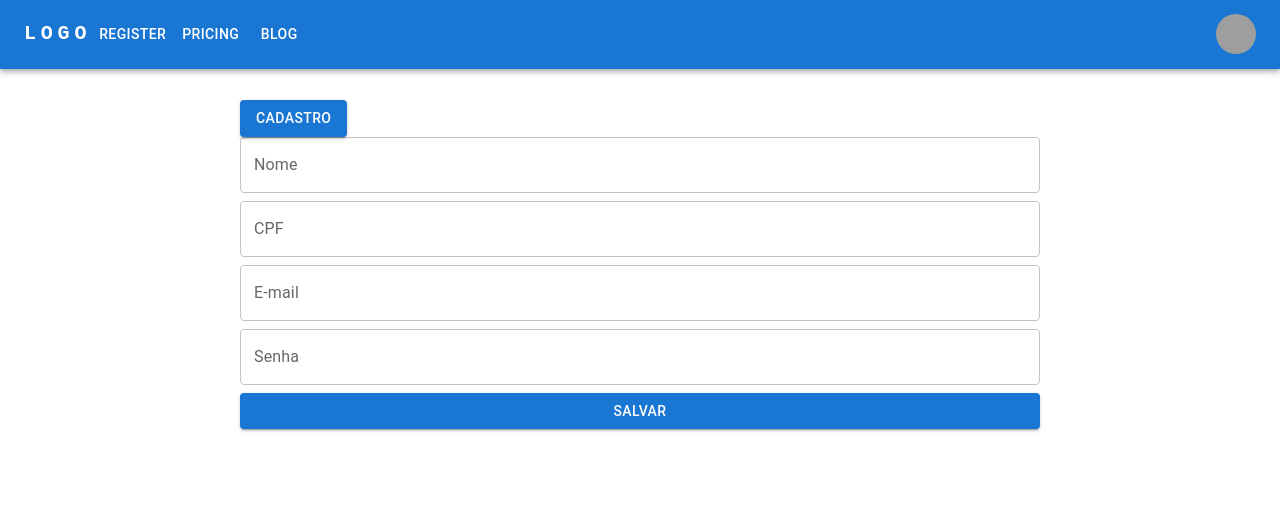
Repository: GabrielLeao02/sistema-react
Page: /register
These files come from the project's save history. The page is drawn as it stood at one moment and after the next save; the edit follows.
The browser window is 1280 px wide. The pictures show the whole page.
Pictures or frames that could not be fetched are drawn as grey boxes. The project was rebuilt for these pictures with package versions that can differ from the ones it lists, and the page was loaded fresh each time. Also part of the build but not shown: src/presenter/home/home.tsx.

Above is the page before, as saved 2023-07-24 15:08:24.

### index.html
<!DOCTYPE html>
<html lang="en">
  <head>
    <meta charset="UTF-8" />
    <link rel="icon" type="image/svg+xml" href="/vite.svg" />
    <meta name="viewport" content="width=device-width, initial-scale=1.0" />
    <title>Vite + React + TS</title>
    <style>
      html, body{
        margin: 0;
        padding: 0;
        box-sizing: border-box;
      }
    </style>
  </head>
  <body>
    <div id="root"></div>
    <script type="module" src="/src/main.tsx"></script>
  </body>
</html>

### src/App.tsx

import { Routes, Route, BrowserRouter } from 'react-router-dom';
import Home from './presenter/home/home';
import Register from './presenter/register/register';
import NavBar from './presenter/navBar/navBar';
import ContainerGlobal from './presenter/containerGlobal/containerGlobal';

function App() {
	return (
		<>
			<NavBar />
			<ContainerGlobal>
				<BrowserRouter>
					<Routes>
						<Route path='/' element={<Home />} />
						<Route path='/home' element={<Home />} />
						<Route path='/register' element={<Register />} />
					</Routes>
				</BrowserRouter>
			</ContainerGlobal>
		</>
	);
}

export default App;

### src/presenter/register/register.tsx
import { styled } from "styled-components";
import Button from '@mui/material/Button';
import NavBar from '../navBar/navBar';
import { useState } from 'react';
import FormUser from "../form/formUser";

const ContainerStyled = styled.div`
  box-sizing: border-box;
  display: flex;
  justify-content: center;
  flex-direction: column;
  align-items: start;
  margin-top: 80px;
  width: 80%;
  max-width: 800px;
`;

const DivRowStyled = styled.div`
    box-sizing: border-box;
    display: flex;
    gap: 5px 10px;
`


function Register() {
    const [mostrarBotao, setMostrar] = useState(true);

    return (
        <>

            <ContainerStyled>
                <Button variant="contained">Cadastro</Button>
                <FormUser />
            </ContainerStyled>
        </>
    )
}
export default Register

### src/presenter/navBar/navBar.tsx
import * as React from 'react';
import AppBar from '@mui/material/AppBar';
import Box from '@mui/material/Box';
import Toolbar from '@mui/material/Toolbar';
import IconButton from '@mui/material/IconButton';
import Typography from '@mui/material/Typography';
import Menu from '@mui/material/Menu';
import MenuIcon from '@mui/icons-material/Menu';
import Container from '@mui/material/Container';
import Avatar from '@mui/material/Avatar';
import Button from '@mui/material/Button';
import Tooltip from '@mui/material/Tooltip';
import MenuItem from '@mui/material/MenuItem';
import { styled } from "styled-components";

const NavBarStyled = styled.div`
  box-sizing: border-box;
  position: absolute;
  top: 0;
  width: 100%;
  display: flex;
  border: non;
  justify-content: space-between;
  align-items: center;
`;

const pages = ['register', 'Pricing', 'Blog'];
const settings = ['Profile', 'Account', 'Dashboard', 'Logout'];

const NavBar: React.VFC = () => {
    const [anchorElNav, setAnchorElNav] = React.useState<null | HTMLElement>(null);
    const [anchorElUser, setAnchorElUser] = React.useState<null | HTMLElement>(null);

    const handleOpenNavMenu = (event: React.MouseEvent<HTMLElement>) => {
        setAnchorElNav(event.currentTarget);
    };
    const handleOpenUserMenu = (event: React.MouseEvent<HTMLElement>) => {
        setAnchorElUser(event.currentTarget);
    };

    const handleCloseNavMenu = (event: string) => {
        window.location.href = "/" + event;
    };

    const handleCloseUserMenu = () => {
        setAnchorElUser(null);
    };

    return (
        <NavBarStyled>
            <AppBar position="static">
                <Container maxWidth="xl">
                    <Toolbar disableGutters>
                        <Typography
                            variant="h6"
                            noWrap
                            component="a"
                            href="/home"
                            sx={{
                                fontFamily: 'monospace',
                                fontWeight: 700,
                                letterSpacing: '.3rem',
                                color: 'inherit',
                                textDecoration: 'none',
                            }}
                        >
                            LOGO
                        </Typography>

                        <Box sx={{ flexGrow: 1, display: { xs: 'flex', md: 'none' } }}>
                            <IconButton
                                size="large"
                                aria-label="account of current user"
                                aria-controls="menu-appbar"
                                aria-haspopup="true"
                                onClick={handleOpenNavMenu}
                                color="inherit"
                            >
                                <MenuIcon />
                            </IconButton>
                            <Menu
                                id="menu-appbar"
                                anchorEl={anchorElNav}
                                anchorOrigin={{
                                    vertical: 'bottom',
                                    horizontal: 'left',
                                }}
                                keepMounted
                                transformOrigin={{
                                    vertical: 'top',
                                    horizontal: 'left',
                                }}
                                open={Boolean(anchorElNav)}
                                onClose={handleCloseNavMenu}
                                sx={{
                                    display: { xs: 'block', md: 'none' },
                                }}
                            >
                                {pages.map((page) => (
                                    <MenuItem key={page} onClick={() => handleCloseNavMenu(page)}>
                                        <Typography textAlign="center">{page}</Typography>
                                    </MenuItem>
                                ))}
                            </Menu>
                        </Box>

                        <Box sx={{ flexGrow: 1, display: { xs: 'none', md: 'flex' } }}>
                            {pages.map((page) => (
                                <Button
                                    key={page}
                                    onClick={() => handleCloseNavMenu(page)}
                                    sx={{ my: 2, color: 'white', display: 'block' }}
                                >
                                    {page}
                                </Button>
                            ))}
                        </Box>

                        <Box sx={{ flexGrow: 0 }}>
                            <Tooltip title="Open settings">
                                <IconButton onClick={handleOpenUserMenu} sx={{ p: 0 }}>
                                    <Avatar alt="Remy Sharp" src="/static/images/avatar/2.jpg" />
                                </IconButton>
                            </Tooltip>
                            <Menu
                                sx={{ mt: '45px' }}
                                id="menu-appbar"
                                anchorEl={anchorElUser}
                                anchorOrigin={{
                                    vertical: 'top',
                                    horizontal: 'right',
                                }}
                                keepMounted
                                transformOrigin={{
                                    vertical: 'top',
                                    horizontal: 'right',
                                }}
                                open={Boolean(anchorElUser)}
                                onClose={handleCloseUserMenu}
                            >
                                {settings.map((setting) => (
                                    <MenuItem key={setting} onClick={handleCloseUserMenu}>
                                        <Typography textAlign="center">{setting}</Typography>
                                    </MenuItem>
                                ))}
                            </Menu>
                        </Box>
                    </Toolbar>
                </Container>
            </AppBar>
        </NavBarStyled>
    );
};

export default NavBar;

### src/presenter/containerGlobal/containerGlobal.tsx
import styled from "styled-components";

const ContainerGlobal = styled.div`
    padding: 20px;
    box-sizing: border-box;
    width: 100%;
    display: flex;
    justify-content: center;

`
export default ContainerGlobal

### src/presenter/form/formUser.tsx
import React, { useState } from "react";
import Button from "@mui/material/Button";
import TextField from "@mui/material/TextField";
import styled from "styled-components";
import ContainerGlobal from "../containerGlobal/containerGlobal";
import { SelectChangeEvent } from '@mui/material/Select';
import { isCNPJ, formatToCNPJ, isCPF } from 'brazilian-values';
import bcrypt from 'bcryptjs';
const FormStyled = styled.div`
  box-sizing: border-box;
  display: flex;
  flex-direction: column;
  width: 100%;
  gap: 8px;
`;

function FormUser() {
    const [usuario_email_error, setUsuarioEmailError] = useState(false);
    const [emailErrorText, setEmailErrorText] = useState("");
    const [cpfErrorText, setCpfErrorText] = useState("");
    const [isCpf, setIsCpf] = useState(false);
    const [formData, setFormData] = useState({
        usuario_nome: "",
        usuario_cpf: "",
        usuario_email: "",
        usuario_senha: ""

    });

    const handleChange = (e: SelectChangeEvent<string[]> | React.ChangeEvent<{ name: string; value: unknown }>) => {
        const { name, value } = e.target as HTMLInputElement;
        setFormData((prevData) => ({ ...prevData, [name]: value }));
    };

    const isEmailValid = (email: string) => {
        // Expressão regular para validar o email
        const emailRegex = /^[^\s@]+@[^\s@]+\.[^\s@]+$/;
        return emailRegex.test(email);
    };


    const handleSubmit = async () => {
        try {
            const { usuario_nome, usuario_cpf, usuario_email, usuario_senha } = formData;

            if (!isCPF(usuario_cpf)) {
                setIsCpf(true)
                setCpfErrorText("Cpf Invalido!")
                return;
            } else {
                setIsCpf(false)
                setCpfErrorText("")
            }

            if (!isEmailValid(usuario_email)) {
                setUsuarioEmailError(true)
                setEmailErrorText("Insira um email valido!")
                return;
            } else {
                setUsuarioEmailError(false)
                setEmailErrorText("")
            }

            const saltRounds = 10;
            const hashedPassword = await bcrypt.hash(usuario_senha, saltRounds);
            formData.usuario_senha = hashedPassword;
            const response = await fetch("http://localhost:5000/salvarusuario", {
                method: "POST",
                headers: {
                    "Content-Type": "application/json",
                },
                body: JSON.stringify(formData),
            });

            if (!response.ok) {
                throw new Error("Erro ao salvar os dados do formulário");
            }

            console.log(response.json());
            // Opcionalmente, você pode redefinir os campos do formulário aqui
            setFormData({
                usuario_nome: "",
                usuario_cpf: "",
                usuario_email: "",
                usuario_senha: ""
            });
        } catch (error) {
            console.error(error);
        }
    };

    return (
        <>

                <FormStyled>
                    <TextField
                        id="usuario_nome"
                        name="usuario_nome"
                        label="Nome"
                        variant="outlined"
                        value={formData.usuario_nome}
                        onChange={handleChange}
                    />
                    <TextField
                        id="usuario_cpf"
                        name="usuario_cpf"
                        label="CPF"
                        error={isCpf}
                        variant="outlined"
                        value={formData.usuario_cpf}
                        onChange={handleChange}
                        helperText={cpfErrorText}
                    />
                    <TextField
                        id="usuario_email"
                        name="usuario_email"
                        error={usuario_email_error}
                        label="E-mail"
                        type="email"
                        variant="outlined"
                        value={formData.usuario_email}
                        onChange={handleChange}
                        helperText={emailErrorText}
                    />                    <TextField
                        id="usuario_senha"
                        name="usuario_senha"
                        error={usuario_email_error}
                        label="Senha"
                        type="password"
                        variant="outlined"
                        value={formData.usuario_senha}
                        onChange={handleChange}
                        helperText={emailErrorText}
                    />

                    <Button variant="contained" onClick={handleSubmit}>
                        Salvar
                    </Button>
                </FormStyled>

        </>
    );
}

export default FormUser;

Loaded but not shown: src/main.tsx (common file)

After the next save:
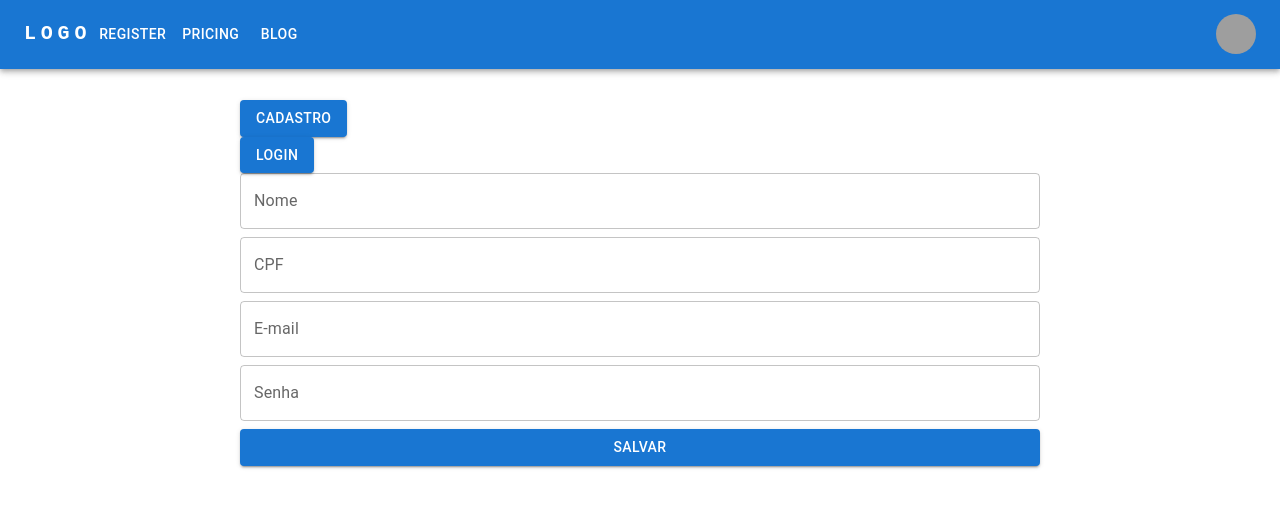
Saved 14 s later.
--- a/src/presenter/register/register.tsx
+++ b/src/presenter/register/register.tsx
@@ -30,6 +30,7 @@
 
             <ContainerStyled>
                 <Button variant="contained">Cadastro</Button>
+                <Button variant="contained">Login</Button>
                 <FormUser />
             </ContainerStyled>
         </>

After the save that followed:
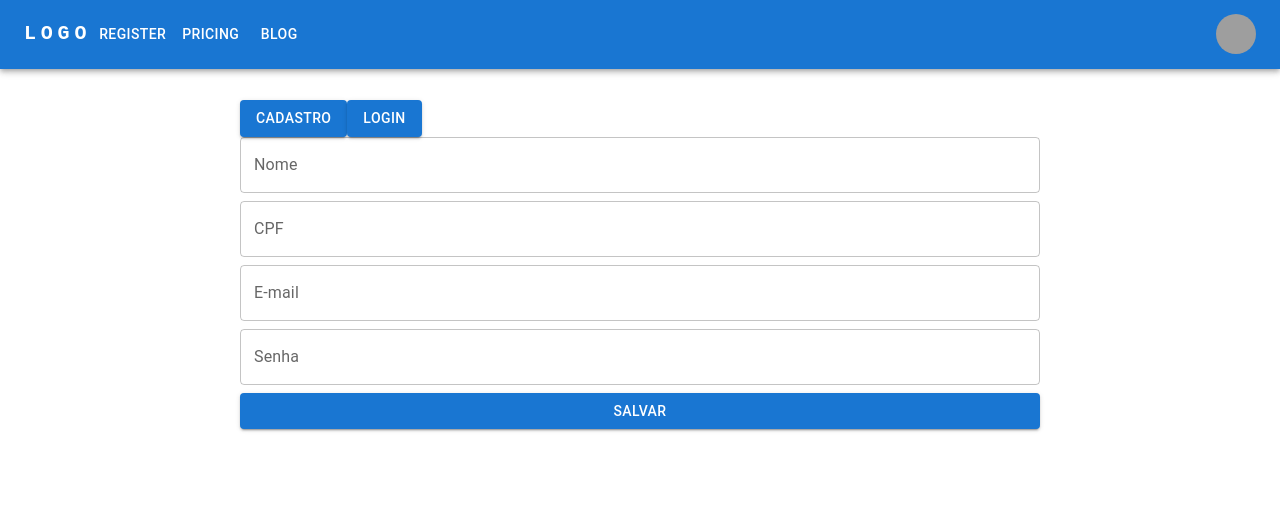
Saved 16 s later.
--- a/src/presenter/register/register.tsx
+++ b/src/presenter/register/register.tsx
@@ -29,8 +29,11 @@
         <>
 
             <ContainerStyled>
-                <Button variant="contained">Cadastro</Button>
-                <Button variant="contained">Login</Button>
+                <div>
+                    <Button variant="contained">Cadastro</Button>
+                    <Button variant="contained">Login</Button>
+                </div>
+
                 <FormUser />
             </ContainerStyled>
         </>
